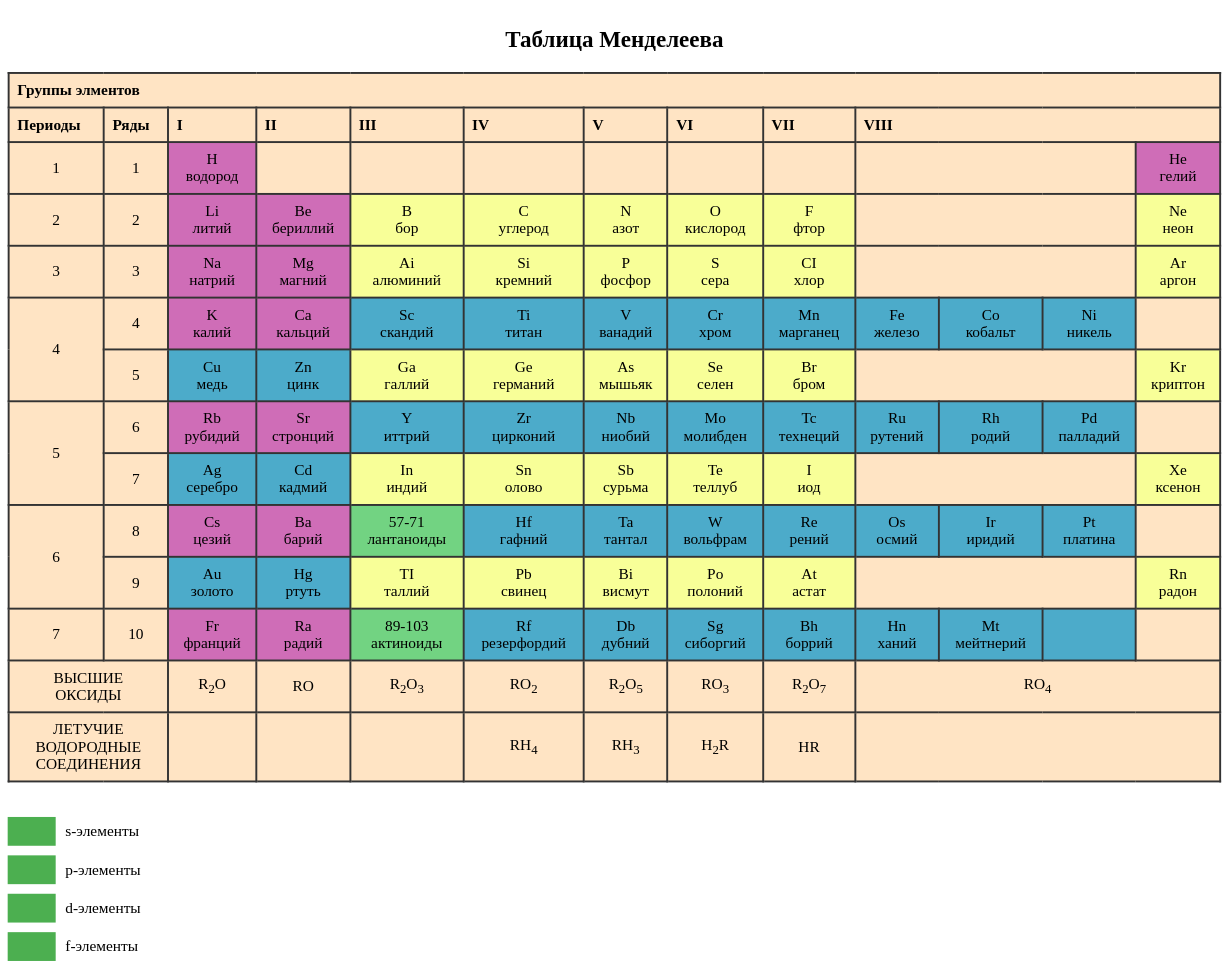
Repository: sannikovcode/exercises-a1
Page: JS/websites/01-periodic table/index.html
These files come from the project's save history. The page is drawn as it stood at one moment and after the next save; the edit follows.
The browser window is 1280 px wide. The pictures show the whole page, at 96% of full size.

Above is the page before, as saved 2025-10-18 15:39:52.

### JS/websites/01-periodic table/index.html
<!DOCTYPE html>
<html lang="en">

<head>
    <meta charset="UTF-8">
    <meta name="viewport" content="width=device-width, initial-scale=1.0">
    <title>Periodic table</title>
    <link rel="stylesheet" href="styles.css">
</head>

<body>
    <table>
        <caption>Таблица Менделеева</caption>
        <thead>
            <tr>
                <th colspan="13">Группы элментов</th>
            </tr>
        </thead>

        <tbody>
            <tr>
                <th scope="col">Периоды</th>
                <th scope="col">Ряды</th>
                <th scope="col">I</th>
                <th scope="col">II</th>
                <th scope="col">III</th>
                <th scope="col">IV</th>
                <th scope="col">V</th>
                <th scope="col">VI</th>
                <th scope="col">VII</th>
                <th scope="col" colspan="4">VIII</th>
            </tr>
            <tr>
                <td scope="row">1</td>
                <td>1</td>
                <td class="s">H<br>водород</td>
                <td></td>
                <td></td>
                <td></td>
                <td></td>
                <td></td>
                <td></td>
                <td colspan="3"></td>
                <td class="s">He<br>гелий</td>
            </tr>
            <tr>
                <td scope="row">2</td>
                <td>2</td>
                <td class="s">Li<br>литий</td>
                <td class="s">Be<br>бериллий</td>
                <td class="p">B<br>бор</td>
                <td class="p">C<br>углерод</td>
                <td class="p">N<br>азот</td>
                <td class="p">O<br>кислород</td>
                <td class="p">F<br>фтор</td>
                <td colspan="3"></td>
                <td class="p">Ne<br>неон</td>
            </tr>
            <tr>
                <td scope="row">3</td>
                <td>3</td>
                <td class="s">Na<br>натрий</td>
                <td class="s">Mg<br>магний</td>
                <td class="p">Ai<br>алюминий</td>
                <td class="p">Si<br>кремний</td>
                <td class="p">P<br>фосфор</td>
                <td class="p">S<br>сера</td>
                <td class="p">CI<br>хлор</td>
                <td colspan="3"></td>
                <td class="p">Ar<br>аргон</td>
            </tr>
            <tr>
                <td scope="row" rowspan="2">4</td>
                <td>4</td>
                <td class="s">K<br>калий</td>
                <td class="s">Ca<br>кальций</td>
                <td class="d">Sc<br>скандий</td>
                <td class="d">Ti<br>титан</td>
                <td class="d">V<br>ванадий</td>
                <td class="d">Cr<br>хром</td>
                <td class="d">Mn<br>марганец</td>
                <td class="d">Fe<br>железо</td>
                <td class="d">Co<br>кобальт</td>
                <td class="d">Ni<br>никель</td>
                <td></td>
            </tr>
            <tr>
                <td>5</td>
                <td class="d">Cu<br>медь</td>
                <td class="d">Zn<br>цинк</td>
                <td class="p">Ga<br>галлий</td>
                <td class="p">Ge<br>германий</td>
                <td class="p">As<br>мышьяк</td>
                <td class="p">Se<br>селен</td>
                <td class="p">Br<br>бром</td>
                <td colspan="3"></td>
                <td class="p">Kr<br>криптон</td>
            </tr>
            <tr>
                <td scope="row" rowspan="2">5</td>
                <td>6</td>
                <td class="s">Rb<br>рубидий</td>
                <td class="s">Sr<br>стронций</td>
                <td class="d">Y<br>иттрий</td>
                <td class="d">Zr<br>цирконий</td>
                <td class="d">Nb<br>ниобий</td>
                <td class="d">Mo<br>молибден</td>
                <td class="d">Tc<br>технеций</td>
                <td class="d">Ru<br>рутений</td>
                <td class="d">Rh<br>родий</td>
                <td class="d">Pd<br>палладий</td>
                <td></td>
            </tr>
            <tr>
                <td>7</td>
                <td class="d">Ag<br>серебро</td>
                <td class="d">Cd<br>кадмий</td>
                <td class="p">In<br>индий</td>
                <td class="p">Sn<br>олово</td>
                <td class="p">Sb<br>сурьма</td>
                <td class="p">Te<br>теллуб</td>
                <td class="p">I<br>иод</td>
                <td colspan="3"></td>
                <td class="p">Xe<br>ксенон</td>
            </tr>
            <tr>
                <td scope="row" rowspan="2">6</td>
                <td>8</td>
                <td class="s">Cs<br>цезий</td>
                <td class="s">Ba<br>барий</td>
                <td class="f">57-71<br>лантаноиды</td>
                <td class="d">Hf<br>гафний</td>
                <td class="d">Ta<br>тантал</td>
                <td class="d">W<br>вольфрам</td>
                <td class="d">Re<br>рений</td>
                <td class="d">Os<br>осмий</td>
                <td class="d">Ir<br>иридий</td>
                <td class="d">Pt<br>платина</td>
                <td></td>
            </tr>
            <tr>
                <td>9</td>
                <td class="d">Au<br>золото</td>
                <td class="d">Hg<br>ртуть</td>
                <td class="p">TI<br>таллий</td>
                <td class="p">Pb<br>свинец</td>
                <td class="p">Bi<br>висмут</td>
                <td class="p">Po<br>полоний</td>
                <td class="p">At<br>астат</td>
                <td colspan="3"></td>
                <td class="p">Rn<br>радон</td>
            </tr>
            <tr>
                <td scope="row">7</td>
                <td>10<br></td>
                <td class="s">Fr<br>франций</td>
                <td class="s">Ra<br>радий</td>
                <td class="f">89-103<br>актиноиды</td>
                <td class="d">Rf<br>резерфордий</td>
                <td class="d">Db<br>дубний</td>
                <td class="d">Sg<br>сиборгий</td>
                <td class="d">Bh<br>боррий</td>
                <td class="d">Hn<br>ханий</td>
                <td class="d">Mt<br>мейтнерий</td>
                <td class="d"></td>
                <td></td>
            </tr>
            <tr>
                <td colspan="2">ВЫСШИЕ <br>ОКСИДЫ</td>
                <td>R<sub>2</sub>O</td>
                <td>RO</td>
                <td>R<sub>2</sub>O<sub>3</sub></td>
                <td>RO<sub>2</sub></td>
                <td>R<sub>2</sub>O<sub>5</sub></td>
                <td>RO<sub>3</sub></td>
                <td>R<sub>2</sub>O<sub>7</sub></td>
                <td colspan="4">RO<sub>4</sub></td>
            </tr>
            <tr>
                <td colspan="2">ЛЕТУЧИЕ <br>ВОДОРОДНЫЕ <br> СОЕДИНЕНИЯ</td>
                <td></td>
                <td></td>
                <td></td>
                <td>RH<sub>4</sub></td>
                <td>RH<sub>3</sub></td>
                <td>H<sub>2</sub>R</td>
                <td>HR</td>
                <td colspan="4"></td>
            </tr>
        </tbody>
    </table>
    <br>
    <br>
    <tfoot>
        <div class="item">
            <div class="rectangle" class="s"></div>
            <span>s-элементы</span>
        </div>

        <div class="item">
            <div class="rectangle" id="p"></div>
            <span>p-элементы</span>
        </div>

        <div class="item">
            <div class="rectangle" id="d"></div>
            <span>d-элементы</span>
        </div>

        <div class="item">
            <div class="rectangle" id="f"></div>
            <span>f-элементы</span>
        </div>

    </tfoot>

    </table>




</body>

</html>

### JS/websites/01-periodic table/styles.css
/* 1 */
table {
  border-collapse: collapse;
  width: 100%;
}

table, th, td {
  border: 2px solid #333;
}

th, td {
  padding: 8px;
  text-align: left;
  background-color: bisque;
}
caption {
  caption-side: top;
  font-weight: bold;
  padding: 20px;
  font-size: 1.5em;
}

/*2*/
td {
  text-align: center; /* горизонтальное центрирование */
  vertical-align: middle; /* вертикальное центрирование */
}

/* элементы */

.s {
  background-color: rgb(207, 109, 183);
}

.p {
  background-color: rgb(248, 255, 152);
}

.d {
  background-color: rgb(76, 171, 202);
}

.f {
  background-color: rgb(114, 211, 130);
}


.item {
    display: flex;
    align-items: center;
    margin-bottom: 10px;
}
  .rectangle {
    width: 50px;
    height: 30px;
    background-color: #4CAF50;
    margin-right: 10px;
}

After the next save:
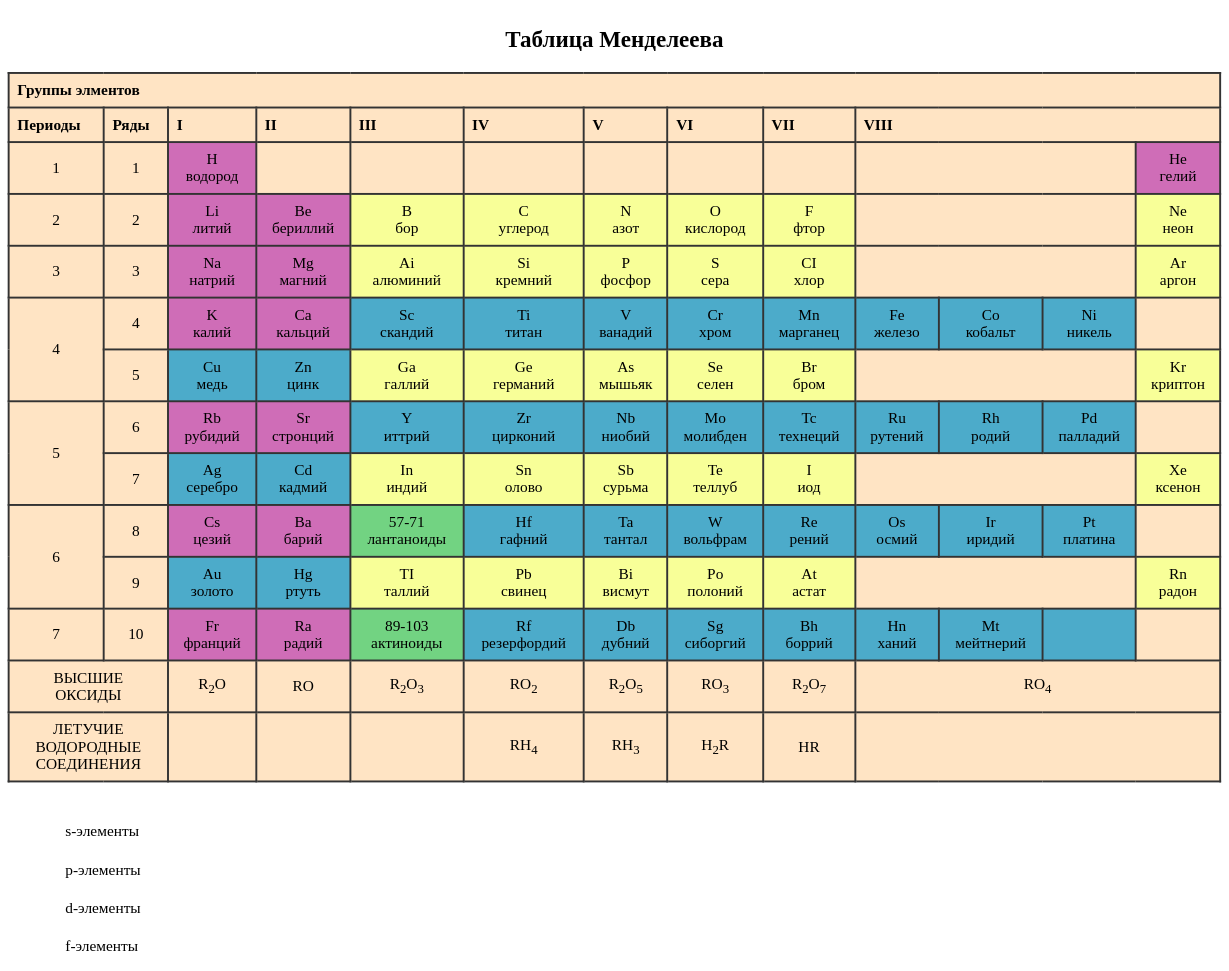
Saved 65 s later.
--- a/JS/websites/01-periodic table/styles.css
+++ b/JS/websites/01-periodic table/styles.css
@@ -53,6 +53,5 @@ td {
   .rectangle {
     width: 50px;
     height: 30px;
-    background-color: #4CAF50;
     margin-right: 10px;
 }

After the save that followed:
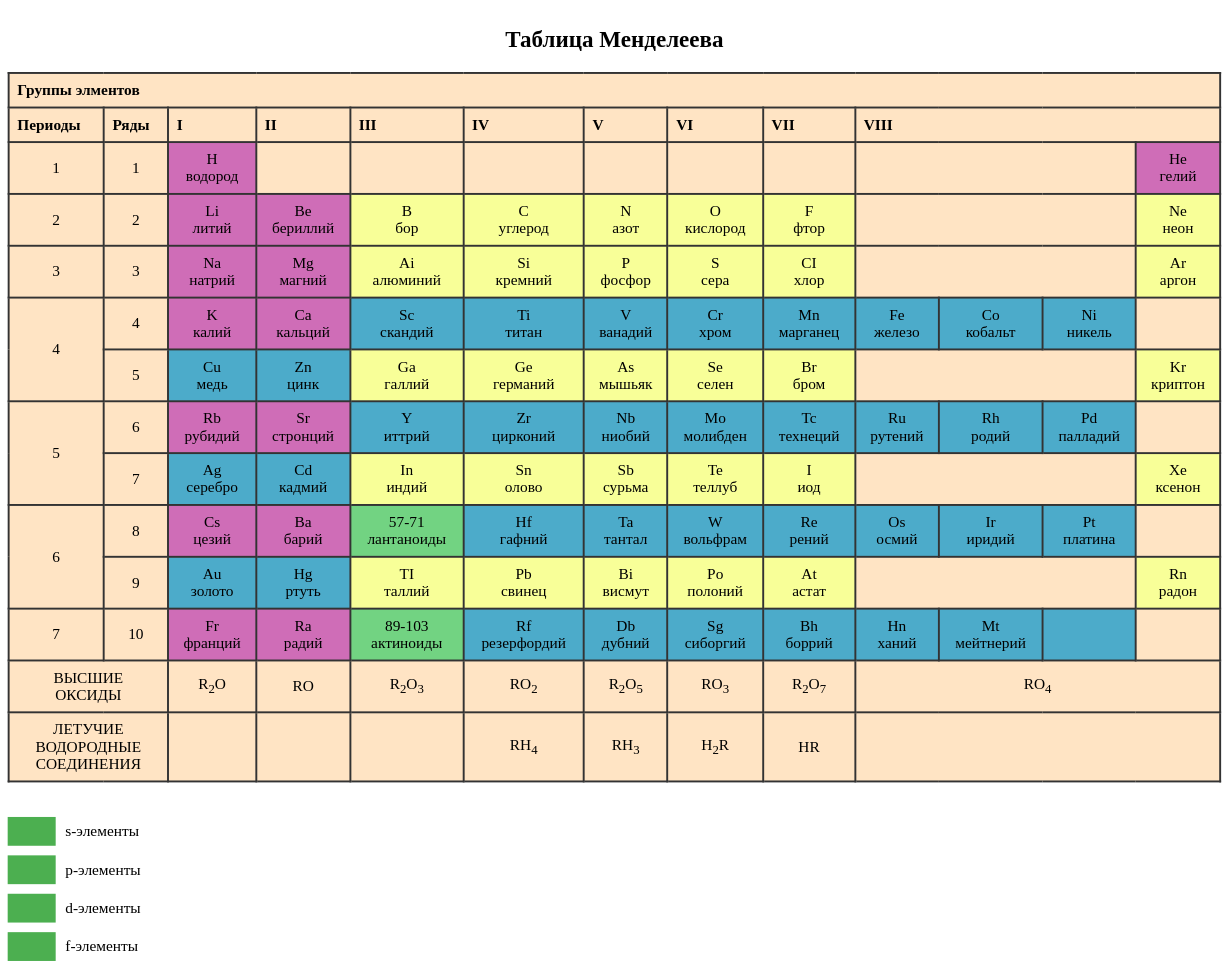
Saved 12 s later.
--- a/JS/websites/01-periodic table/styles.css
+++ b/JS/websites/01-periodic table/styles.css
@@ -53,5 +53,6 @@ td {
   .rectangle {
     width: 50px;
     height: 30px;
+    background-color: #4CAF50;
     margin-right: 10px;
 }
